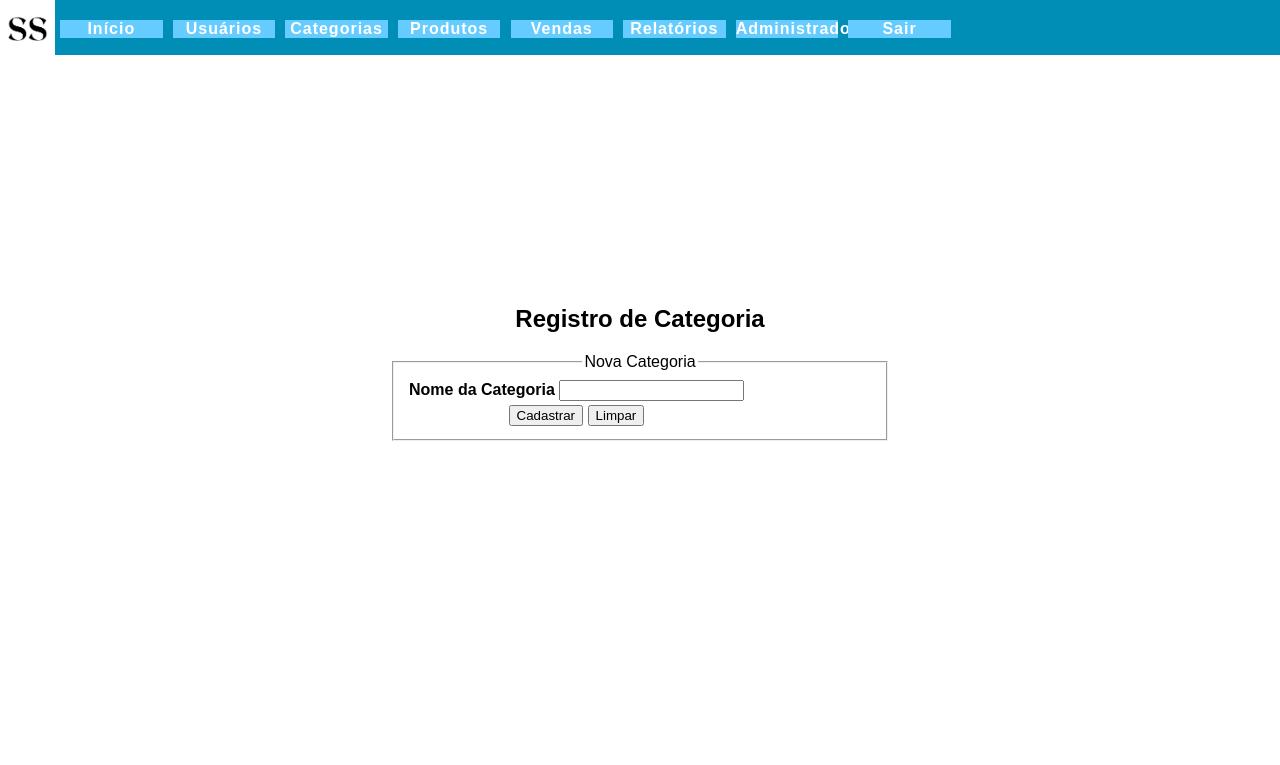
Repository: FaculdadeSenaiJoinville/PiMichelBaade
Page: ProjetoIndividual/WebContent/pages/admin/adminCategorias.html
These files come from the project's save history. The page is drawn as it stood at one moment and after the next save; the edit follows.
The browser window is 1280 px wide. The pictures show the whole page.

Above is the page before, as saved 2021-08-18 00:38:58.

### ProjetoIndividual/WebContent/pages/admin/adminCategorias.html
<!DOCTYPE html>
<html>
<head>
<meta charset="UTF-8">
	<meta name="description" content="Site da Software dos Sonhos">
	<meta name="keywords" content="Padaria, Software, Sonhos">
	<meta name="author" content="Michel Baade">
	<meta name="viewport" content="width=device-width, initial-scale=1.0">
<title>Software dos Sonhos</title>
<link rel="stylesheet" type="text/css" href="../../css/admin.css">
<script src="https://code.jquery.com/jquery-3.6.0.min.js" integrity="sha256-/xUj+3OJU5yExlq6GSYGSHk7tPXikynS7ogEvDej/m4=" crossorigin="anonymous"></script>
<script src="../../js/admin.js"></script>
</head>
<body>
	<header></header>

<section>

<h2>Registro de Categoria</h2>

		<form name="frmAddCategoria" id="addCategoria" class="frmInserir">
			<fieldset>
			<legend>Nova Categoria</legend>
				<table>

					<tr>

						<th>Nome da Categoria</th>
						<td><input type="text" name="nome"></td>

					</tr>
					<tr>
						<td colspan="2">
							<button type="button">Cadastrar</button>
							<button type="reset">Limpar</button>
						</td>
					</tr>
				</table>
			</fieldset>
		</form>

	</section>


</body>
</html>

### ProjetoIndividual/WebContent/css/admin.css
@charset "UTF-8";

body{
	margin: 0 auto;
	font-family: "Century Gothic", sans-serif;
}

header{
	height: 55px;
	background-color: #008eb6;
	position: sticky;
	position: -webkit -sticky;
	top: 0px;
}

header img{
	float: left;
	height: 55px;
	width: 55px;
}

nav{
	clear: both;
	width: 80%;
	height: 100%;
	display: inline-block;
	margin: 20px auto;
}

nav a{
	color: white;
	font-weight: bold;
	letter-spacing: 1px;
	text-decoration: none;
	text-align: center;
}

nav .opcao{
	float: left;
	width: 10%;
	background-color: #66ccff;
	margin: 0 0.5%;
	font-size: 16px;
}

nav .opcao:hover{
	background-color: #83afd3;
}

.dropdown{
	position: relative;
	display: inline-block;
}

.dropdown-content{
	display: none;
	position: absolute;
	background-color: #66ccff;
	z-index: 1;
	width: 100%;
}

.dropdown-content a{
	display: block;
}


.dropdown-content a:hover{
	background-color: 83afd3;
}

.dropdown:hover .dropdown-content{
	display: block;
}

section{
	clear: both;
	min-height: 460px;
	width: 100%;
	margin-top: 250px;
	text-align: center;

}

section img{
	border:4px solid #000;
}

.frmInserir{
	margin: 0px auto;
	margin-bottom: 10px;
	width: 500px;
}

.frmInserir label{
	width: 200px;
}

### ProjetoIndividual/WebContent/js/admin.js
SONHOS = new Object();

$(document).ready(function() {

	$("header").load("/ProjetoIndividual/pages/admin/general/header.html");




});

### ProjetoIndividual/WebContent/pages/admin/general/header.html
<img src="../../imgs/logomenor.png" alt="Logo da Software dos Sonhos" id="logomenor">
<nav>
<a href="#"><div class="opcao">Início</div></a>
<a href="#"><div class="opcao">Usuários</div></a>
<a href="#"><div class="opcao">Categorias</div></a>
<a href="#"><div class="opcao">Produtos</div></a>
<a href="#"><div class="opcao">Vendas</div></a>
	<div class="opcao dropdown">
		<a href="#">
			<div class="dropbtn">Relatórios</div>
		</a>
		<div class="dropdown-content">
			<a href="#">Faturamentos</a>
			<a href="#">Vendas</a>
		</div>
	</div>
<a href="#"><div class="opcao">Administrador</div></a>
<a href="#"><div class="opcao">Sair</div></a>
</nav>

After the next save:
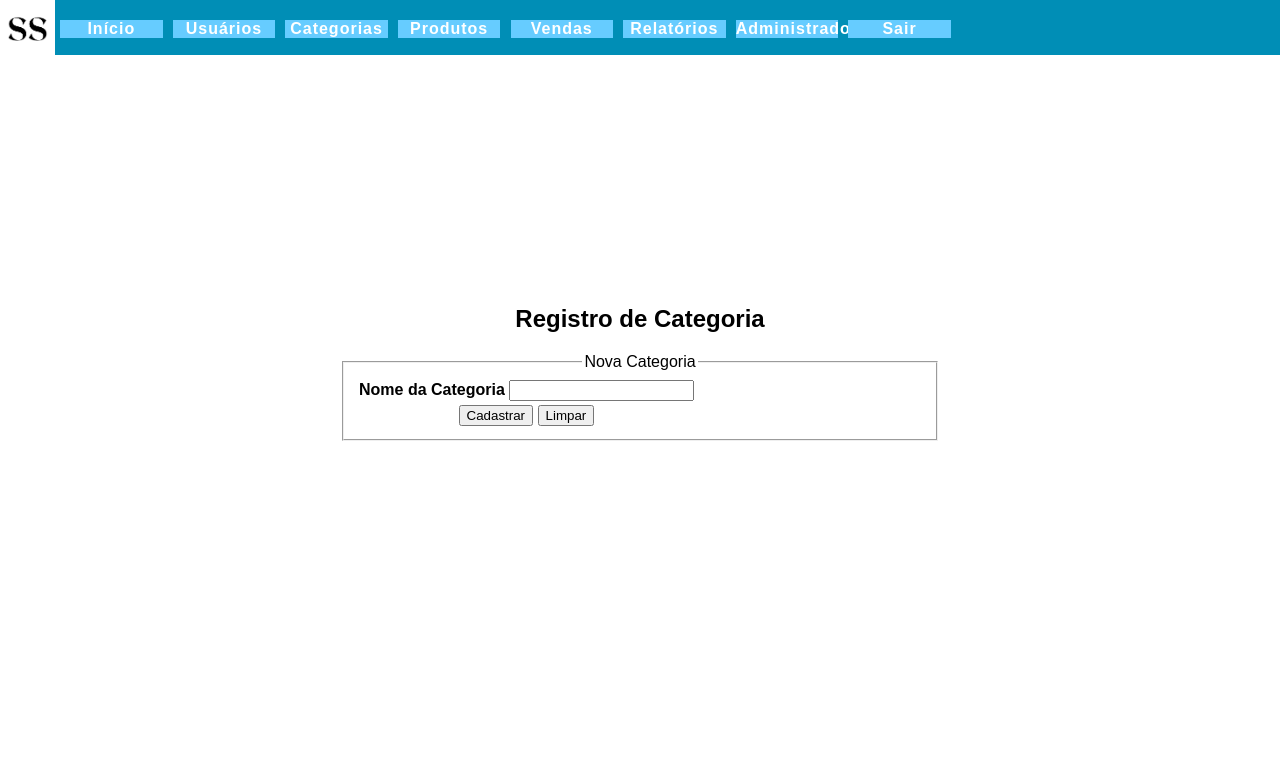
Saved 9 s later.
--- a/ProjetoIndividual/WebContent/css/admin.css
+++ b/ProjetoIndividual/WebContent/css/admin.css
@@ -89,7 +89,7 @@ section img{
 .frmInserir{
 	margin: 0px auto;
 	margin-bottom: 10px;
-	width: 500px;
+	width: 600px;
 }
 
 .frmInserir label{
